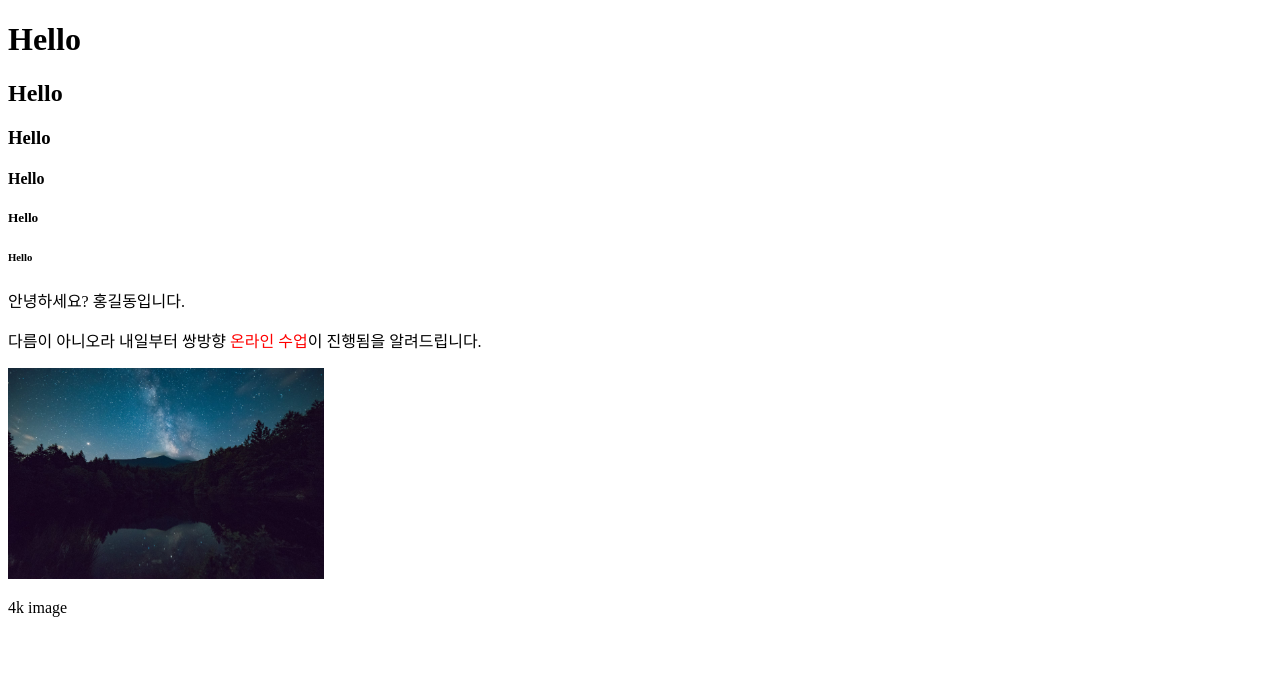
Repository: woneeseo/javastudy
Page: htmlStudy/workspace_html/HelloWorld/WebContent/f.html
The author's editor kept a copy of each file at every save. The page is drawn from the files as they stood at one save, then again after a run of saves.
The browser window is 1280 px wide. The pictures show the whole page.

Above is the page before, as saved 2020-12-07 04:58:19.

After the next 2 saves:
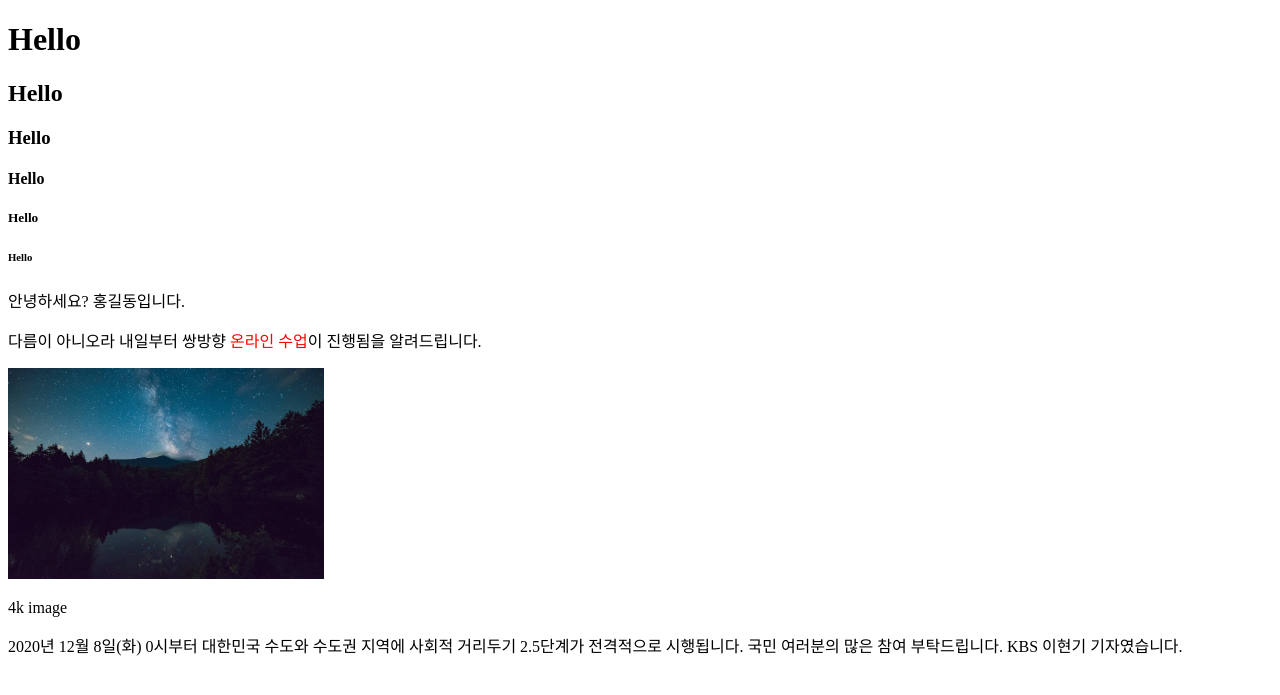
The 2 saves are shown as one change because they came seconds apart.
The last was saved 108 s later.
--- a/htmlStudy/workspace_html/HelloWorld/WebContent/f.html
+++ b/htmlStudy/workspace_html/HelloWorld/WebContent/f.html
@@ -38,9 +38,20 @@
 
 	<img style="width: 25%; height: 25%;" alt="4k image" src="test.jpeg"><br>
 	<p>4k image</p>
-	<!-- div는 태그를 넣어서 쓰기 위해 사용함 -->
+	<!-- div는 태그를 넣어서 쓰기 위해 사용함 / 컨테이너 역할을 함 -->
+	<!-- img태그와 p태그를 한 덩어리로 쓰기 위해서 사용함 -->
 
 </div>
+
+<section>
+	<article>
+
+		2020년 12월 8일(화) 0시부터 대한민국 수도와 수도권 지역에 사회적 거리두기 2.5단계가
+		전격적으로 시행됩니다. 국민 여러분의 많은 참여 부탁드립니다. KBS 이현기 기자였습니다.
+
+	</article>
+
+</section>
 
 
 </body>
